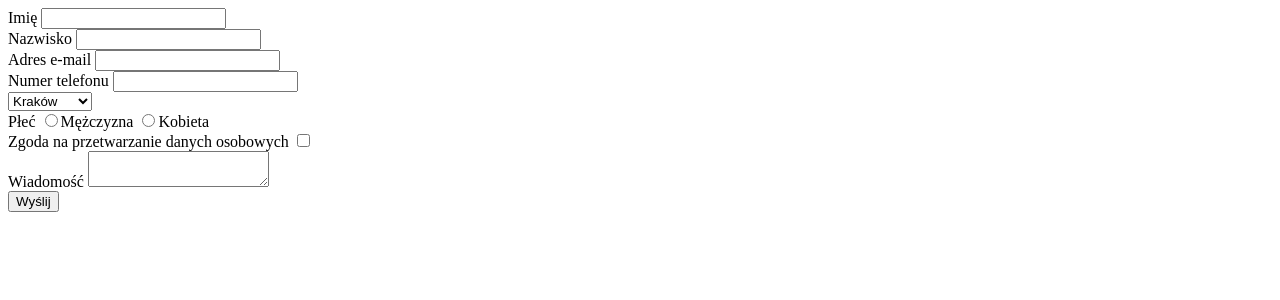
Repository: magdaf41/magdaf41.github.io
Page: zadania-domowe/HTML/zadanie_1/index.html
These files come from the project's save history. The page is drawn as it stood at one moment and after the next save; the edit follows.
The browser window is 1280 px wide. The pictures show the whole page.

Above is the page before, as saved 2020-08-12 22:08:21.

After the next save:
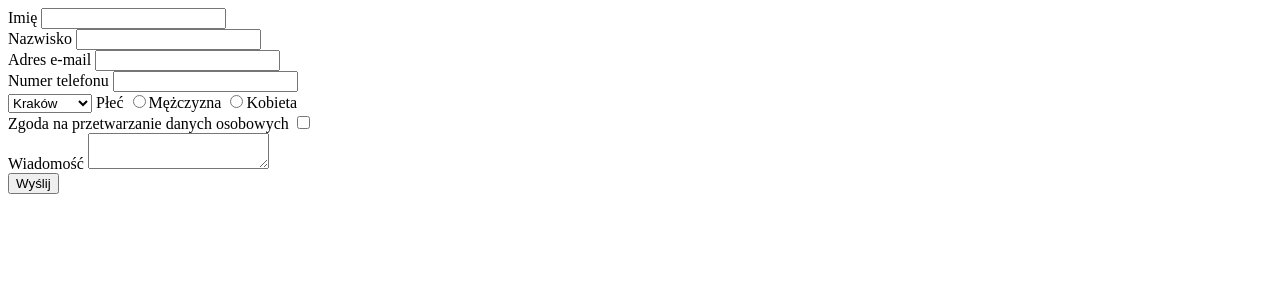
Saved 45 s later.
--- a/zadania-domowe/HTML/zadanie_1/index.html
+++ b/zadania-domowe/HTML/zadanie_1/index.html
@@ -23,12 +23,10 @@
         <input type="tel" name="number" id="number"><br>
 
         <select name="city" id="city">
-            <br>
             <option value="Kraków">Kraków</option>
             <option value="Warszawa">Warszawa</option>
             <option value="Gdańsk">Gdańsk</option>
         </select>
-        <br>
 
         <label>Płeć
             <input type="radio" name="sex">Mężczyzna

After the 2 saves that followed:
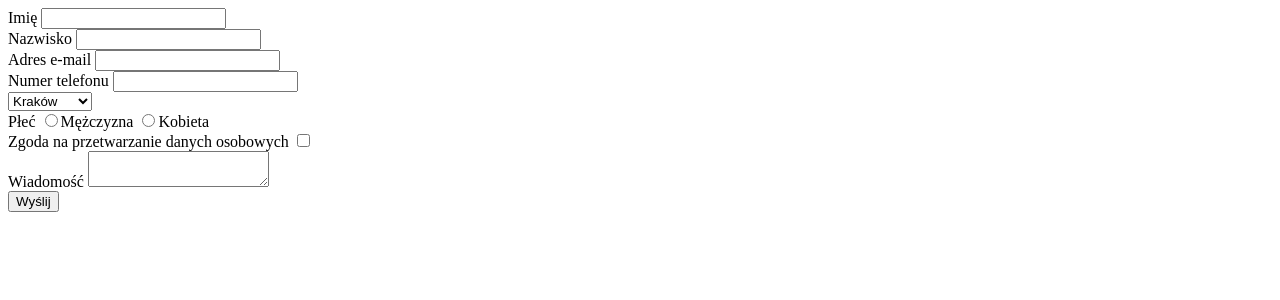
The 2 saves are shown as one change because 1 left the picture as it was.
The last was saved 3 min 14 s later.
--- a/zadania-domowe/HTML/zadanie_1/index.html
+++ b/zadania-domowe/HTML/zadanie_1/index.html
@@ -26,11 +26,11 @@
             <option value="Kraków">Kraków</option>
             <option value="Warszawa">Warszawa</option>
             <option value="Gdańsk">Gdańsk</option>
-        </select>
+        </select> <br>
 
         <label>Płeć
-            <input type="radio" name="sex">Mężczyzna
-            <input type="radio" name="sex">Kobieta <br>
+            <input type="radio" name="gender">Mężczyzna
+            <input type="radio" name="gender">Kobieta <br>
         </label>
 
         <label for="agreement">Zgoda na przetwarzanie danych osobowych</label>
